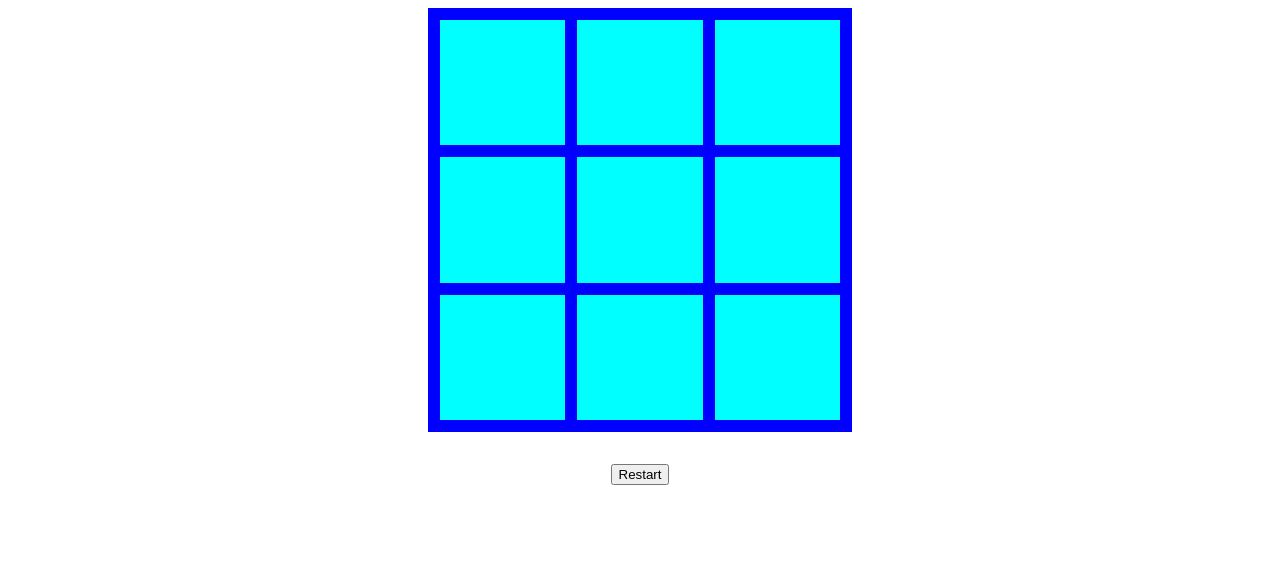
Repository: yeetzpxoci/tic-tac-toe
Page: index.html
These files come from the project's save history. The page is drawn as it stood at one moment and after the next save; the edit follows.
The browser window is 1280 px wide. The pictures show the whole page.

Above is the page before, as saved 2023-02-23 18:36:37.

### index.html
<!DOCTYPE html>
<html lang="en">
<head>
    <meta charset="UTF-8">
    <meta http-equiv="X-UA-Compatible" content="IE=edge">
    <meta name="viewport" content="width=device-width, initial-scale=1.0">
    <title>Tic Tac Toe</title>
    <link rel="stylesheet" type="text/css" href="styles.css" />
</head>
<body>
    <div class="board">
        <div class="square" data-index=0></div>

        <div class="square" data-index=1></div>

        <div class="square" data-index=2></div>

        <div class="square" data-index=3></div>

        <div class="square" data-index=4></div>

        <div class="square" data-index=5></div>

        <div class="square" data-index=6></div>

        <div class="square" data-index=7></div>

        <div class="square" data-index=8></div>
    </div>

    <button id="restart" onclick="game.restartGame()">Restart</button>
<script src="script.js"></script>
</body>
</html>

### styles.css
body {
    display: flex;
    flex-direction: column;
    justify-content: center;
    align-items: center;
    min-width: 100vh;
    gap: 32px;
}

.board {
    height: 400px;
    width: 400px;
    background-color: blue;
    padding: 12px;
    gap: 12px;
    font-size: 96px;
    font-family: Arial, Helvetica, sans-serif;
    font-weight: bolder;
    display: grid;
    grid-template-columns: repeat(3, 1fr);
    grid-template-rows: repeat(3, 1fr);
    user-select: none;
}

.square {
    display: flex;
    justify-content: center;
    align-items: center;
    background-color: aqua;
}

### script.js
const squares = document.getElementsByClassName("square");

const gameBoard = (() => {
    let gameBoard = ["", "", "", "", "", "", "", "", ""];

    const atIndex = (index) => {
        return gameBoard[index];
    }

    const playOn = (index, symbol) => {
        gameBoard[index] = symbol;
    }

    const resetBoard = () => {
        for (let i = 0; i < gameBoard.length; i++) {
            gameBoard[i] = "";
        }
    }

    const winner = (x, y, z) => {
        if ((gameBoard[x] === gameBoard[y]) && ((gameBoard[y] === gameBoard[z]) && (gameBoard[z] === "X"))
            || (gameBoard[x] === gameBoard[y]) && ((gameBoard[y] === gameBoard[z]) && (gameBoard[z] === "O"))) {
            return true;
        } else {
            return false;
        }
    }

    const checkWinner = () => {
        return winner(0, 1, 2)  // check for 3-in-a-row horizontally
            || winner(3, 4, 5)
            || winner(6, 7, 8)
            || winner(0, 3, 6)  // check for 3-in-a-row vertically
            || winner(1, 4, 7)
            || winner(2, 5, 8)
            || winner(0, 4, 8)  // check for 3-in-a-row diagonally
            || winner(6, 4, 2)
    }

    return {
        gameBoard, atIndex, playOn, resetBoard, winner, checkWinner
    };
})();

const players = (symbol) => {
    const play = (index) => gameBoard.playOn(index, symbol);
    return {
        symbol, play
    };
};

const game = (() => {
    let turn = "X";

    const playRound = (e) => {
        if (gameBoard.atIndex(e.currentTarget.dataset.index) === "") {
            players(turn).play(e.currentTarget.dataset.index);
            displayController.renderBoard();
            if (turn === "X") {
                turn = "O";
            } else {
                turn = "X";
            }
            if (gameBoard.checkWinner()) {
                displayController.disableSquares();
                alert("winner!");
            }
        }
    }

    const restartGame = () => {
        turn = "X";
        gameBoard.resetBoard();
        displayController.renderBoard();
        displayController.enableSquares();
    }

    return {
        turn, playRound, restartGame
    };
})();

const displayController = (() => {
    const renderBoard = () => {
        for (let i = 0; i < gameBoard.gameBoard.length; i++) {
            squares[i].innerHTML = gameBoard.gameBoard[i];
        }
    }

    const enableSquares = () => {
        for (let i = 0; i < squares.length; i++) {
            squares[i].addEventListener("click", game.playRound);
        }
    }

    const disableSquares = () => {
        for (let i = 0; i < squares.length; i++) {
            squares[i].removeEventListener("click", game.playRound);
        }
    }

    return {
        renderBoard, enableSquares, disableSquares
    }
})();

displayController.enableSquares();

After the next save:
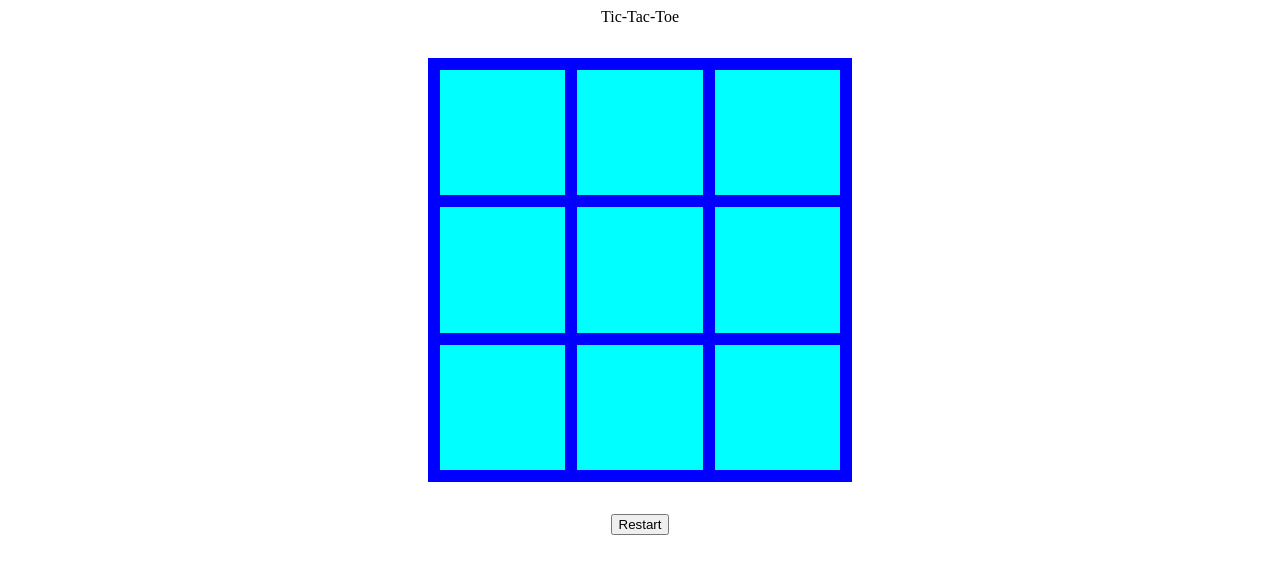
Saved 2 min 18 s later.
--- a/index.html
+++ b/index.html
@@ -8,6 +8,9 @@
     <link rel="stylesheet" type="text/css" href="styles.css" />
 </head>
 <body>
+    <div class="header">
+        Tic-Tac-Toe
+    </div>
     <div class="board">
         <div class="square" data-index=0></div>
 
